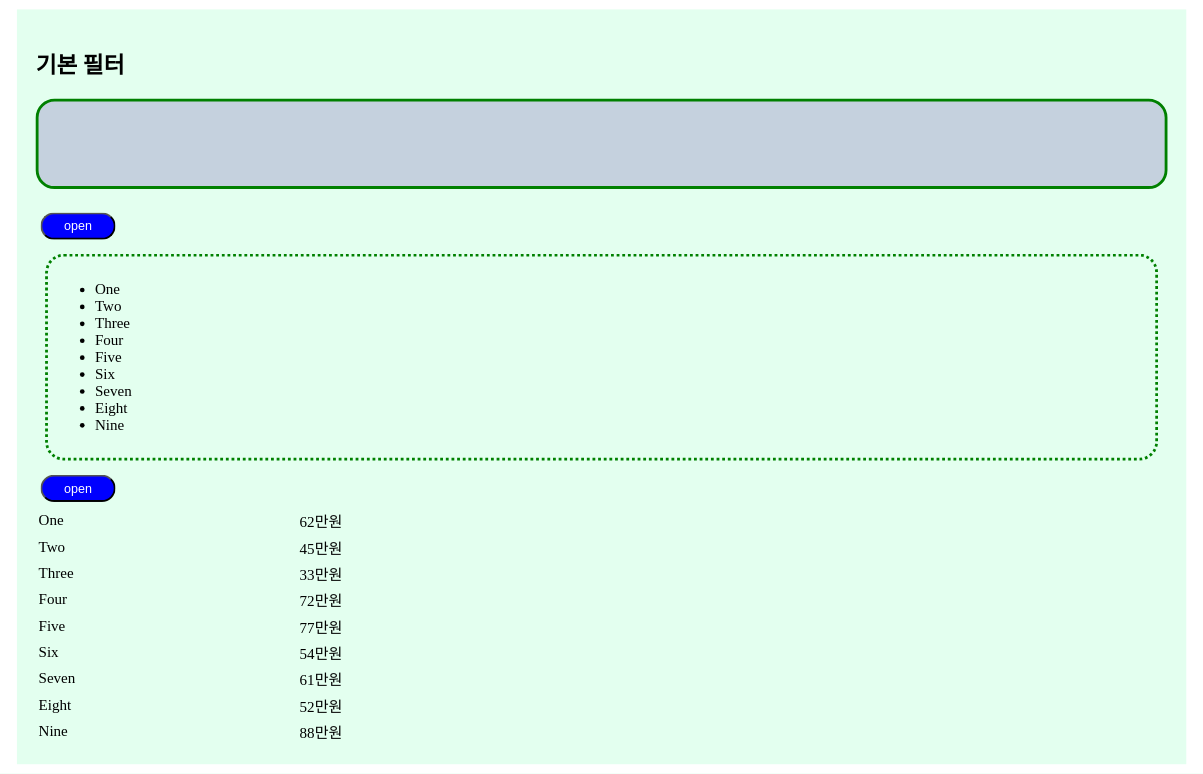
Repository: ypyp0205/jquery
Page: jqpro/WebContent/0211/기본필터1.html
These files come from the project's save history. The page is drawn as it stood at one moment and after the next save; the edit follows.
The browser window is 1280 px wide. The pictures show the whole page, at 94% of full size.

Above is the page before, as saved 2020-02-11 07:00:10.

### jqpro/WebContent/0211/기본필터1.html
<!DOCTYPE html>
<html>
<head>
<meta charset="UTF-8">
<title>Insert title here</title>
<link rel="stylesheet" href="../CSS/mystyle.css">
<script src="../js/jquery-3.4.1.min.js" type="text/javascript"></script>

<script type="text/javascript">
	$(function(){

		$('#btn1').on('click', function(){


		$('.box1 li:first').css('background', 'yellow');
		$('.box1 li:eq(5)').css('background', 'red');
		$('.box1 li:eq(8)').css('background', 'yellow');
		$('.box1 li:lt(4)').css('font-weight', 'bold');
		$('.box1 li:lt(4)').css('font-size', 'xx-large');

		})


		$('#btn2').on('click', function(){

			$('.box2 tr:odd').css('background', 'white');
			$('.box2 tr:even').css('background', 'gray');



			})






	})




</script>

<style>
table {
	width: 600px;
	height:
}

</style>
</head>
<body>

	<div class="box">
		<h2>기본 필터</h2>


		<pre>

		</pre>


		<button id="btn1" type="button">open</button>


		<div class="box box1">


		<ul>


		<li>One</li>
		<li>Two</li>
		<li>Three</li>
		<li>Four</li>
		<li>Five</li>
		<li>Six</li>
		<li>Seven</li>
		<li>Eight</li>
		<li>Nine</li>



		</ul>




		</div>




		<button id="btn2" type="button">open</button>


	<table class="box2">

	<tr>
	<td>One</td>
	<td>62만원</td>
	</tr>

	<tr>
	<td>Two</td>
	<td>45만원</td>
	</tr>

	<tr>
	<td>Three</td>
	<td>33만원</td>
	</tr>

	<tr>
	<td>Four</td>
	<td>72만원</td>
	</tr>

	<tr>
	<td>Five</td>
	<td>77만원</td>
	</tr>

	<tr>
	<td>Six</td>
	<td>54만원</td>
	</tr>

	<tr>
	<td>Seven</td>
	<td>61만원</td>
	</tr>

	<tr>
	<td>Eight</td>
	<td>52만원</td>
	</tr>

	<tr>
	<td>Nine</td>
	<td>88만원</td>
	</tr>




	</table>



	</div>




</body>
</html>

### jqpro/WebContent/CSS/mystyle.css
@CHARSET "UTF-8";

pre {
	height: auto;
	background: #efffef;
	border: 3px solid green;
	font-size: 20px;
	padding: 10px;
	border-radius: 20px;
}

.box {
	background: #e3ffef;
	margin: 10px;
	height: auto;
	padding: 20px;
}

.box div {
	border: 3px dotted green;
	height: auto;
	margin: 10px;
	padding: 10px;
	border-radius: 20px;
}

.box button {
	color: white;
	background: blue;
	padding: 5px;
	margin: 5px;
	width: 80px;
	border-radius: 40px;
}

.box pre {
	padding: 15px;
	color: blue;
	background: rgb(197, 209, 222);
	line-height: 1.5em;
	font-weight: bold;
	}

Loaded but not shown: jqpro/WebContent/js/jquery-3.4.1.min.js (library)

After the next save:
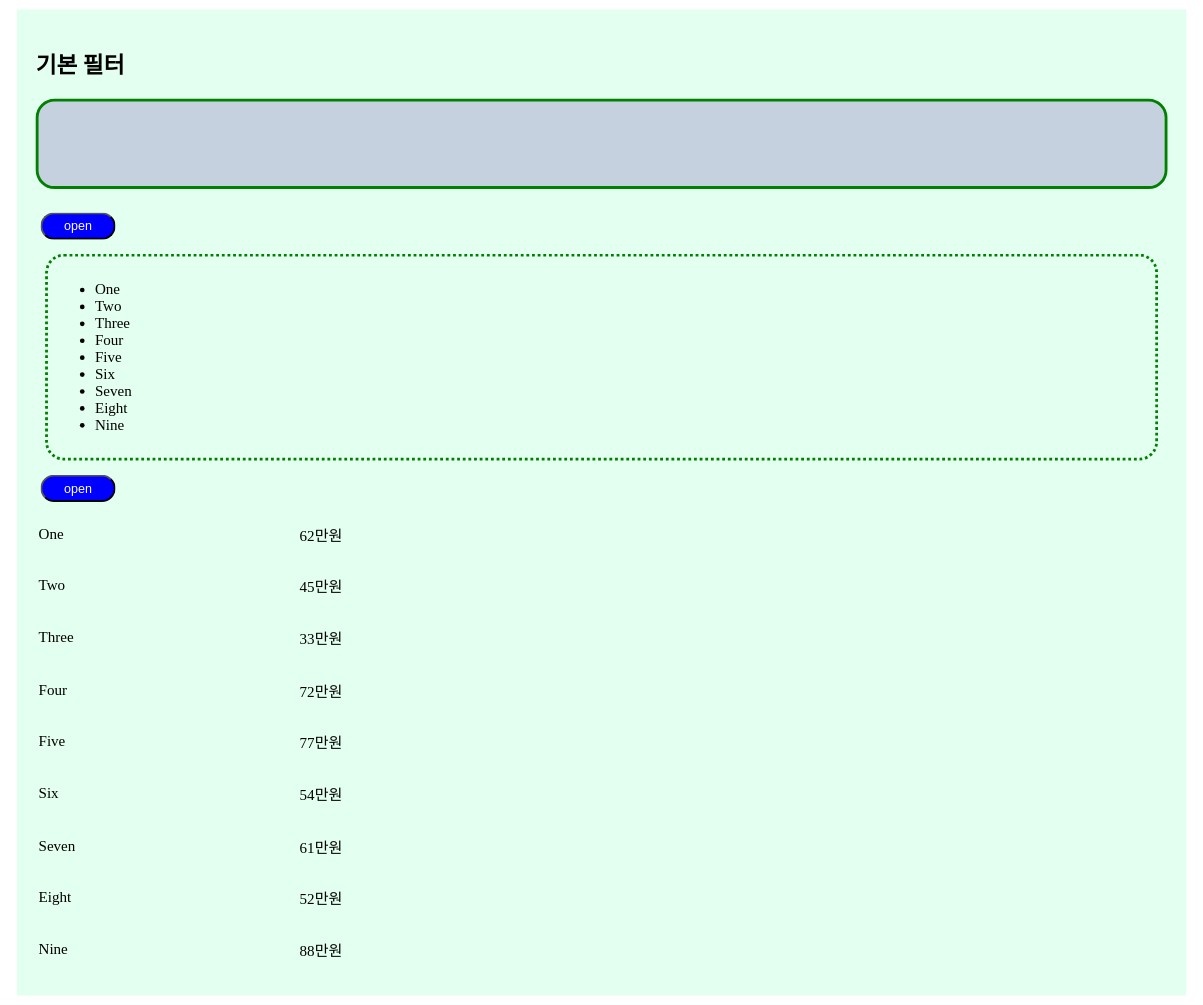
Saved 7 s later.
--- a/jqpro/WebContent/0211/기본필터1.html
+++ b/jqpro/WebContent/0211/기본필터1.html
@@ -45,7 +45,7 @@
 <style>
 table {
 	width: 600px;
-	height:
+	height: 500px;
 }
 
 </style>
